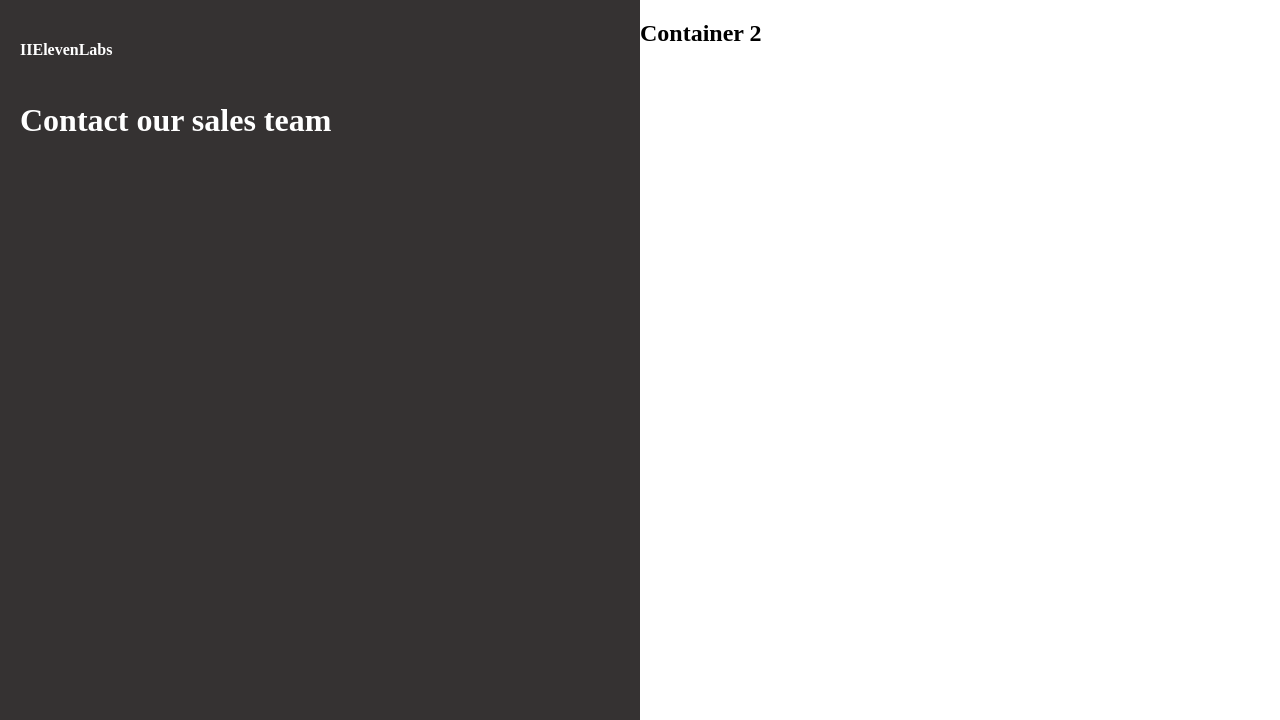
Repository: RohanSai22/harkirat-cohort-learnings
Page: Web/w1_a2.html
An editor plug-in stored every save of this project. The page is shown before and after the next save, followed by the edit.
The browser window is 1280 px wide. The pictures show the whole page.

Above is the page before, as saved 2026-03-24 12:04:35.

After the next save:
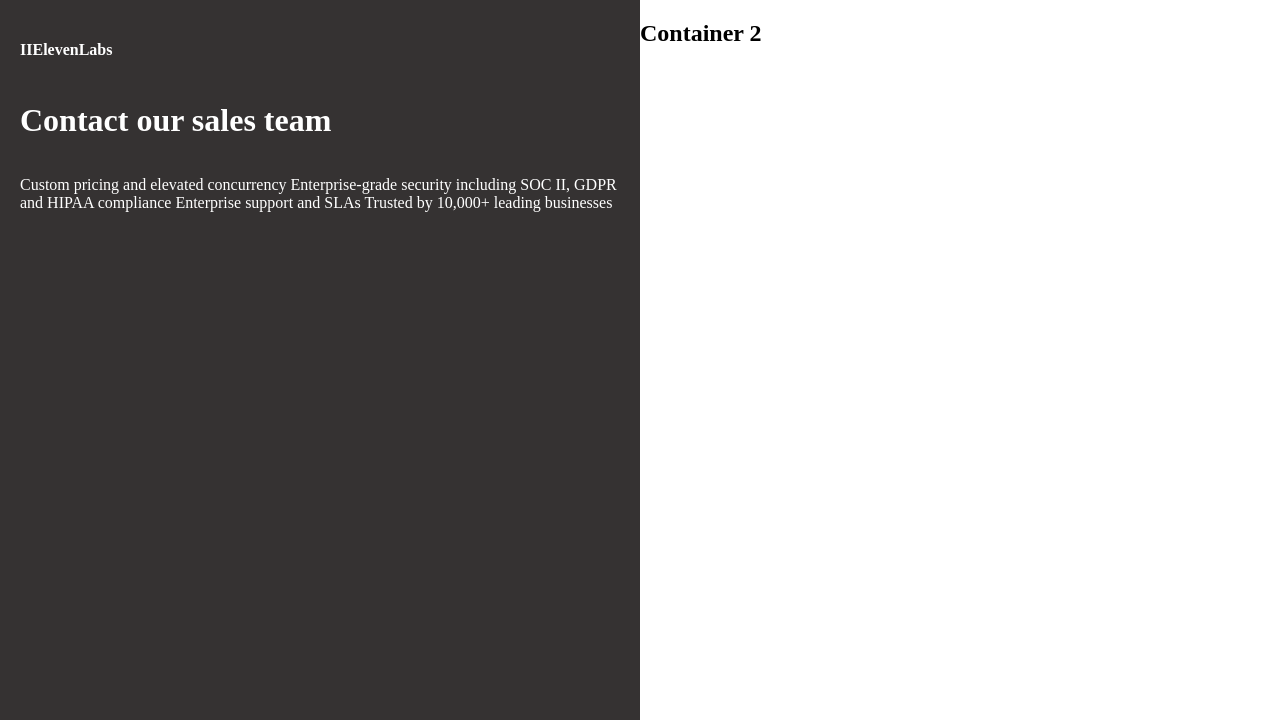
Saved 66 s later.
--- a/Web/w1_a2.html
+++ b/Web/w1_a2.html
@@ -8,6 +8,12 @@
                 <div style="display:flex;justify-content: space-between; flex-direction: column; margin: 20px;">
                     <h4>IIElevenLabs</h4>
                     <h1>Contact our sales team</h1>
+                    <p>
+                    Custom pricing and elevated concurrency
+                    Enterprise-grade security including SOC II, GDPR and HIPAA compliance
+                    Enterprise support and SLAs
+                    Trusted by 10,000+ leading businesses
+                    </p>
                 </div>
             </div>
             <div style="flex:1;background-color: white;">
